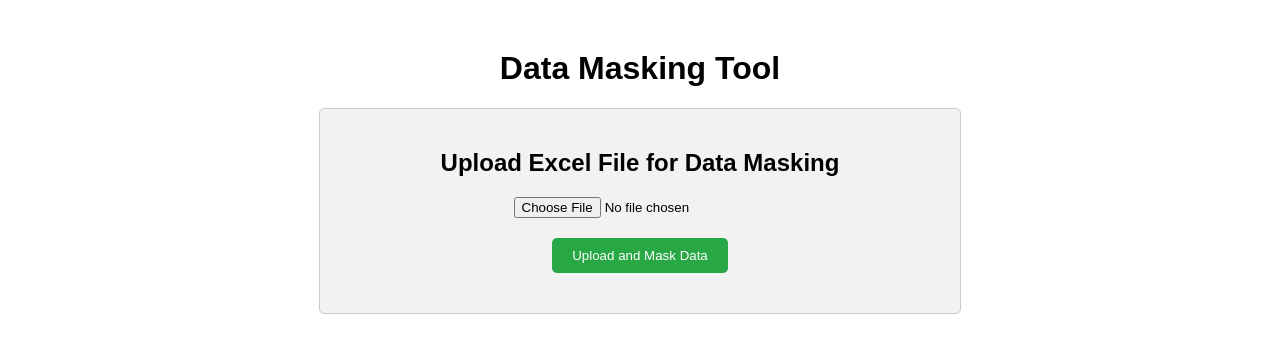
Repository: prithika12/DataMasking_Tool
Page: index.html
The author's editor kept a copy of each file at every save. The page is drawn from the files as they stood at one save, then again after the next save.
The browser window is 1280 px wide. The pictures show the whole page.

Above is the page before, as saved 2024-07-09 11:42:50.

After the next save:
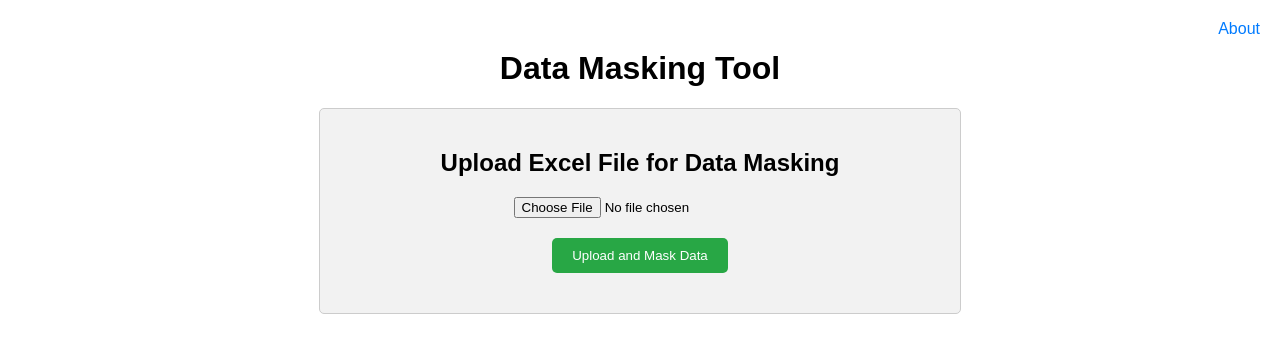
Saved 10 s later.
--- a/index.html
+++ b/index.html
@@ -58,5 +58,8 @@
             <button type="submit">Upload and Mask Data</button>
         </form>
     </div>
+    <div class="about-link">
+        <a href="https://github.com/prithika12/DataMasking_Tool/blob/main/README.md" target="_blank">About</a>
+    </div>
 </body>
 </html>
